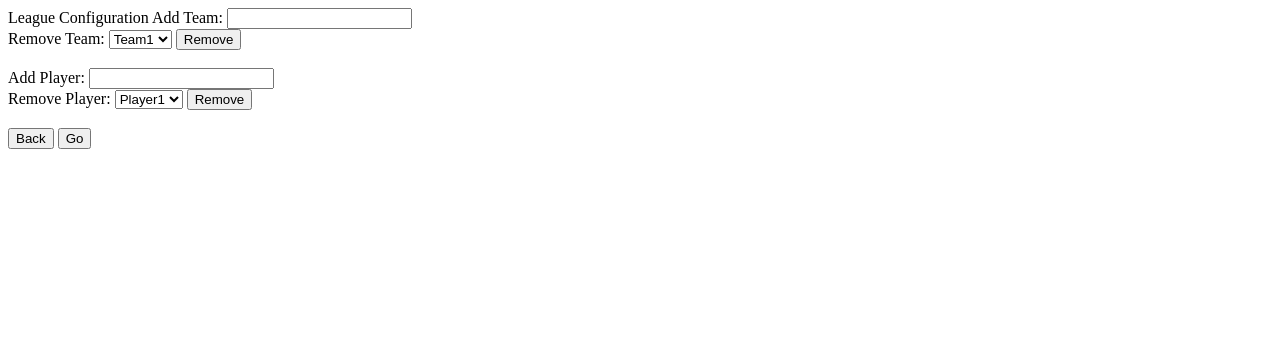
Repository: FredGlozman/SwiftScore
Page: SwiftScore/LeagueConfiguration.html
These files come from the project's save history. The page is drawn as it stood at one moment and after the next save; the edit follows.
The browser window is 1280 px wide. The pictures show the whole page.

Above is the page before, as saved 2015-12-01 23:44:27.

### SwiftScore/LeagueConfiguration.html
<html>
<head>
<title>EditMode</title>
</head>
<body>
<form action="LeagueConfiguration.php" method = "post" >
League Configuration

Add Team: <input type="text" name="addteam"><br> <!-- how to check if team is already there -->
Remove Team: <select>
					<option value="team1">Team1</option>
					<option value="team2">Team2</option>
					<option value="team3">Team3</option>
					<option value="team4">Team4</option>
			</select>
			<input type= "submit" value= "Remove">
<br><br>
Add Player: <input type="text" name="addplayer"><br> <!-- how to check if player is already there -->
Remove Player: <select>
					<option value="Player1">Player1</option>
					<option value="Player2">Player2</option>
					<option value="Player3">Player3</option>
					<option value="Player4">Player4</option>
			</select>
			<input type= "submit" value= "Remove">
<br><br>
<input type= "submit" value= "Back"> <!-- how to go to Website.html? -->
<input type= "submit" value= "Go">
</form>
</body>
</html>

After the next save:
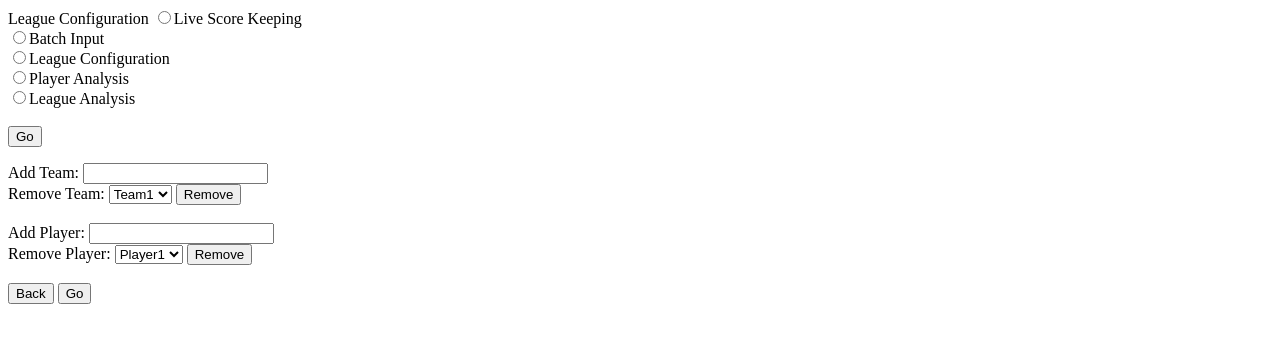
Saved 39 s later.
--- a/SwiftScore/LeagueConfiguration.html
+++ b/SwiftScore/LeagueConfiguration.html
@@ -5,6 +5,18 @@
 <body>
 <form action="LeagueConfiguration.php" method = "post" >
 League Configuration
+<input type="radio" name = "newTeam" value="1">Live Score Keeping
+  <br>
+  <input type="radio" name = "NewPlayer" value="2">Batch Input
+  <br>
+  <input type="radio" name = "RemoveTeam" value="3">League Configuration
+  <br>
+  <input type="radio" name = "RemovePlayer" value="4">Player Analysis
+  <br>
+  <input type="radio" name = "UseCase" value="5">League Analysis
+  <br><br>
+  <input type= "submit" value= "Go">
+</form>
 
 Add Team: <input type="text" name="addteam"><br> <!-- how to check if team is already there -->
 Remove Team: <select>
